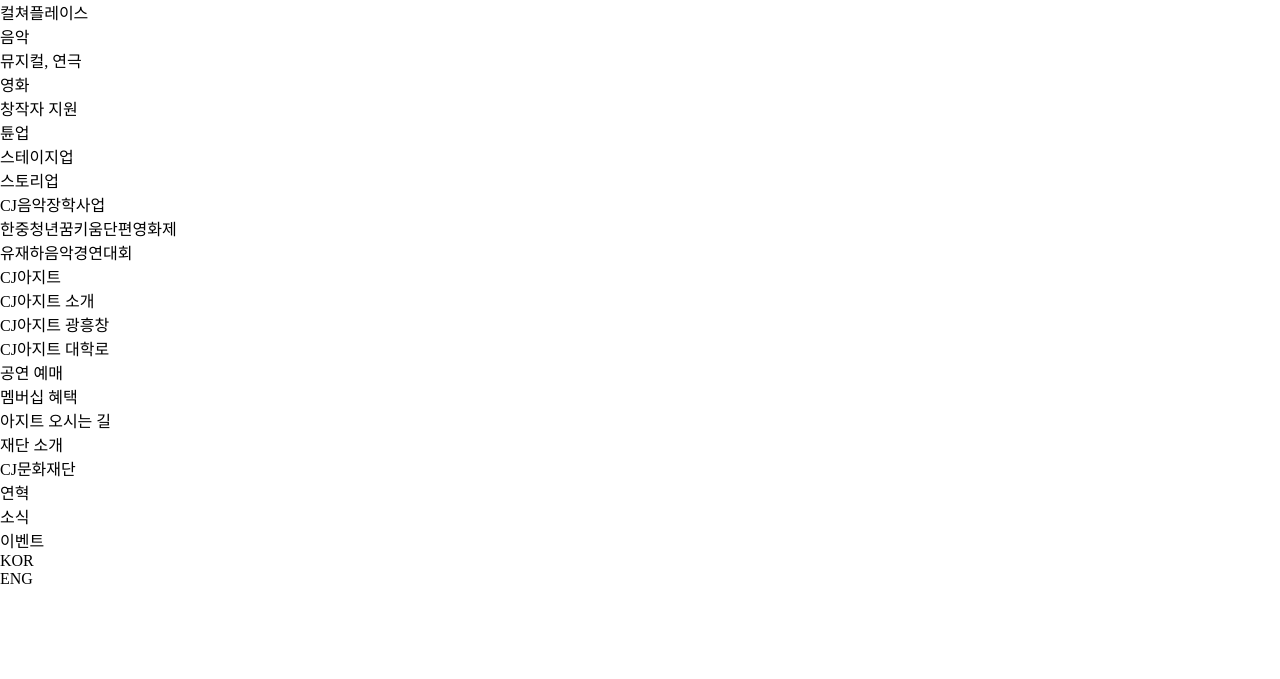
Repository: godcl1623/Tutorials
Page: 습작/CJazit/cjazit-index.html
These files come from the project's save history. The page is drawn as it stood at one moment and after the next save; the edit follows.
The browser window is 1280 px wide. The pictures show the whole page.
Some web libraries are served in a nearby version.

Above is the page before, as saved 2021-01-12 20:56:41.

After the next save:
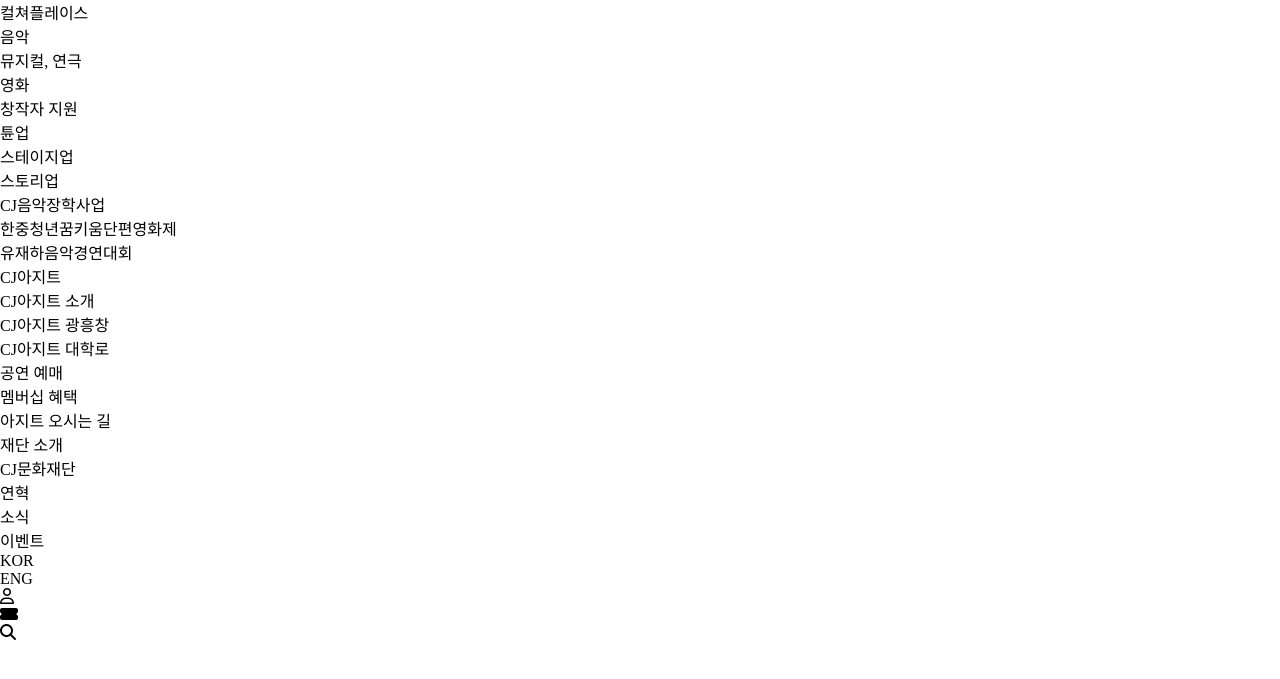
Saved 2 min 2 s later.
--- a/습작/CJazit/cjazit-index.html
+++ b/습작/CJazit/cjazit-index.html
@@ -53,7 +53,9 @@
         <span><p>ENG</p></span>
       </div>
       <div class="utility-icons">
-
+        <div><i class="far fa-user"></i></div>
+        <div><i class="fas fa-ticket-alt"></i></div>
+        <div><i class="fas fa-search"></i></div>
       </div>
     </div>
   </nav>
